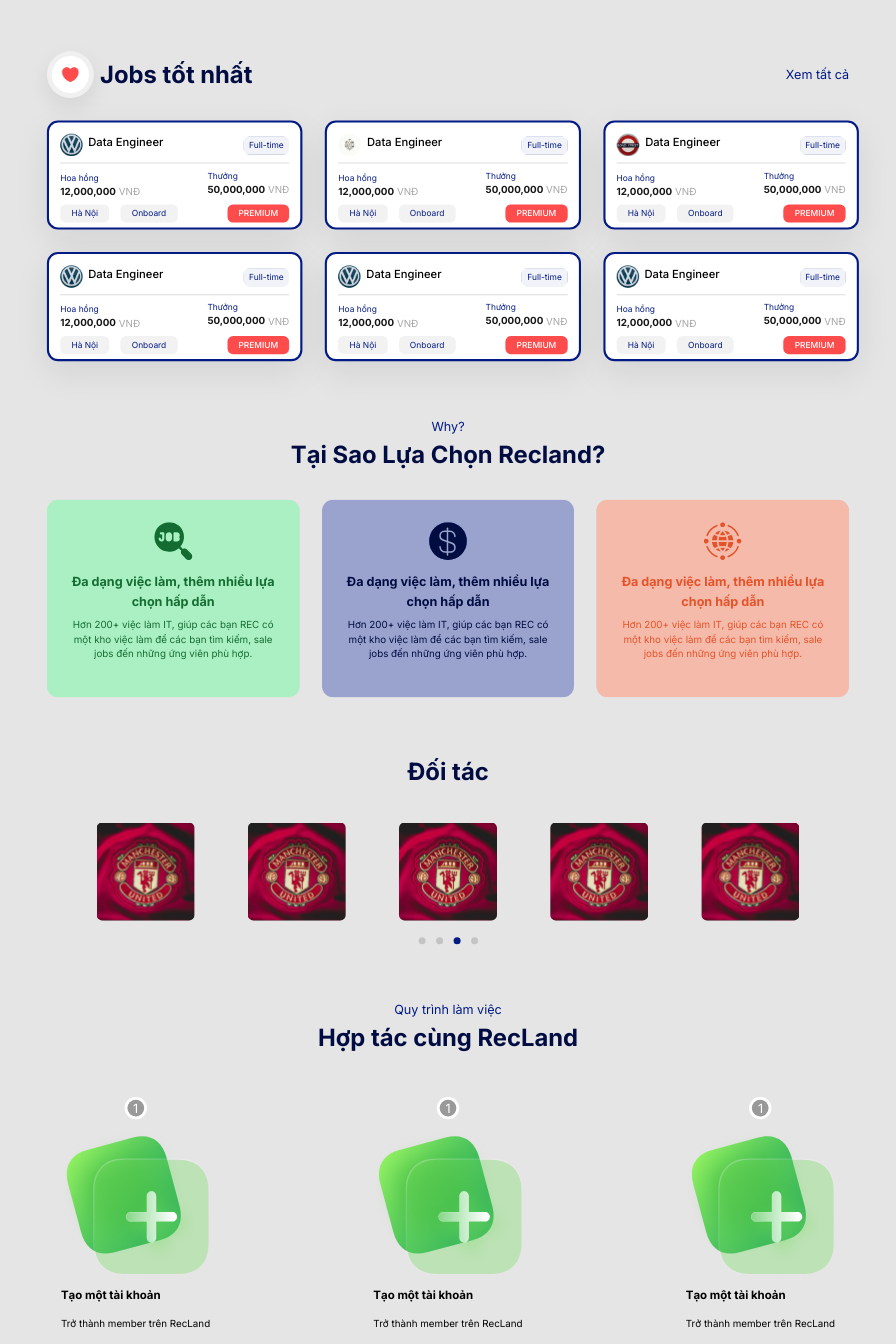
Repository: NguyenDucQuyen0507/Figma
Page: index.html
An editor plug-in stored every save of this project. The page is shown before and after the next save, followed by the edit.
The browser window is 1280 px wide. The pictures show the part of the page from y = 1160 to 3080 px (the page is 3080 px tall before and 2972 px after), at 70% of full size.
A picture or video elsewhere on the page could not be fetched, so the positions and the page height are approximate.

Above is the page before, as saved 2023-02-15 20:32:01.

After the next save:
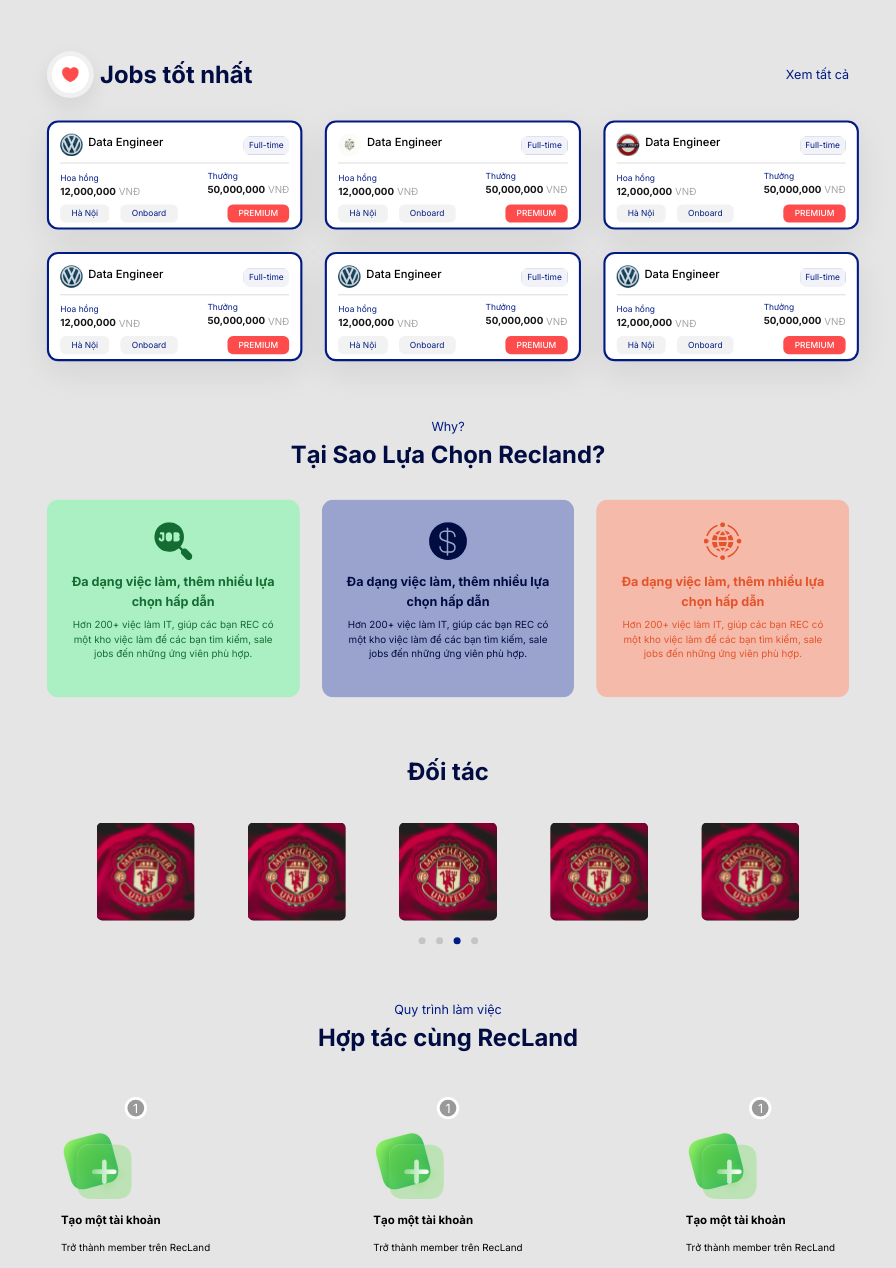
Saved 77 s later.
--- a/assets/css/style.css
+++ b/assets/css/style.css
@@ -361,7 +361,10 @@
   gap: 16px;
   padding: 20px;
 }
-
+.job-working_list img {
+  width: 102px;
+  height: 98.98px;
+}
 .job-working_cirle {
   width: 32px;
   height: 32px;
